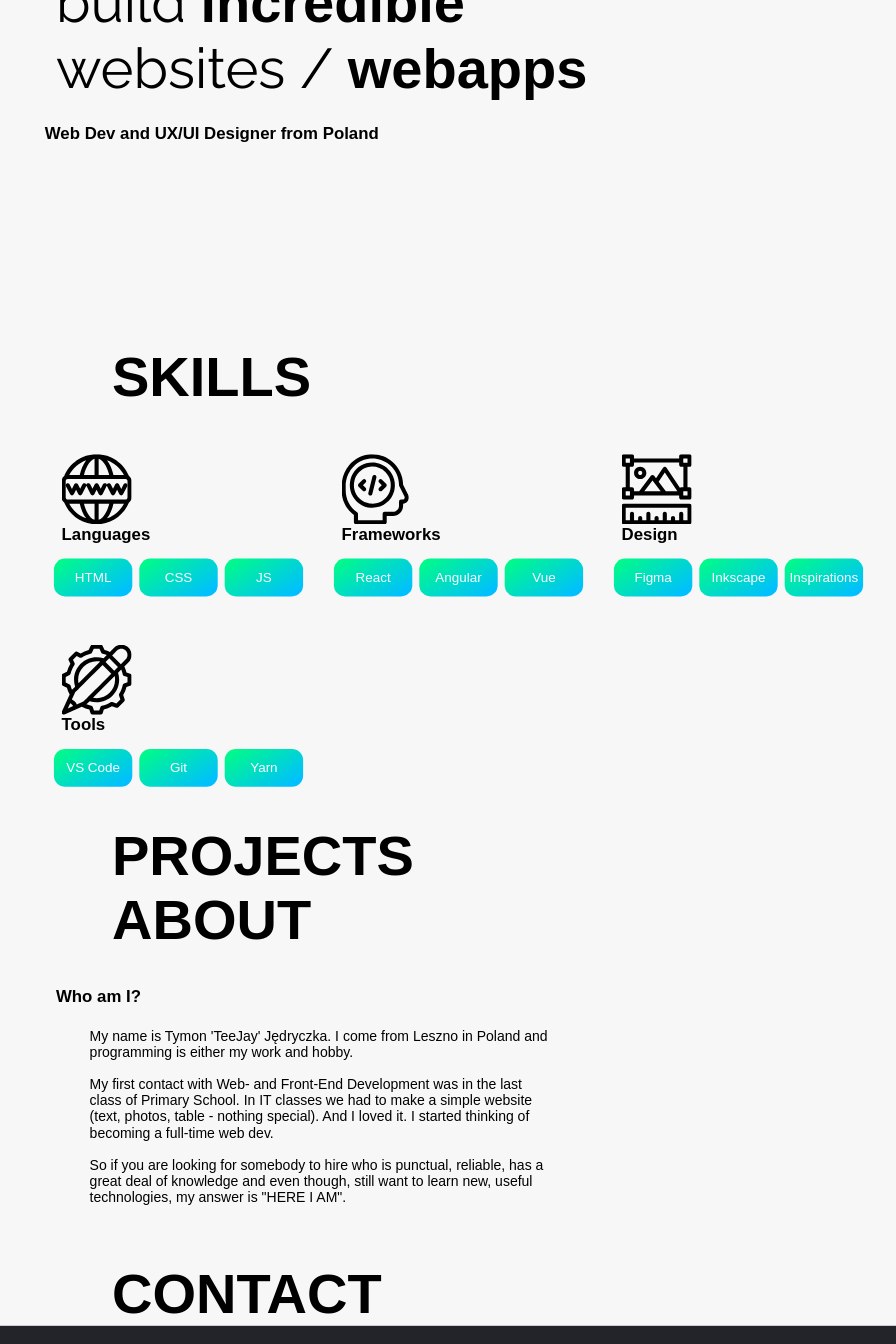
Repository: TeeJaysDev/Portfolio
Page: index.html
These files come from the project's save history. The page is drawn as it stood at one moment and after a run of saves; the edit follows.
The browser window is 1280 px wide. The pictures show the part of the page from y = 570 to 2490 px (the page is 2676 px tall), at 70% of full size.

Above is the page before, as saved 2021-04-24 20:52:36.

### index.html
<!DOCTYPE html>
<html lang="en">
<head>
    <meta charset="UTF-8">
    <meta http-equiv="X-UA-Compatible" content="IE=edge">
    <meta name="viewport" content="width=device-width, initial-scale=1.0">
    <script type="text/javascript" src="script.js"></script>
    <link rel="stylesheet" href="style.css">
    <link href="https://fonts.googleapis.com/css2?family=Raleway&display=swap" rel="stylesheet">
    <link href="https://fonts.googleapis.com/css2?family=Quicksand:wght@700&display=swap" rel="stylesheet">
    <title>Tymon Jędryczka | Portfolio</title>
</head>
<body>
    <nav>
        <a href="#skills"><h3>skills</h3></a>
        <a href="#projects"><h3>projects</h3></a>
        <a href="#about"><h3>about</h3></a>
        <a href="#contact"><h3>contact</h3></a>
    </nav>
    <header>
        <h2 class="welcome_part_h1">h1</h2>
        <h1 class="welcome_part">
            Hi, I'm <strong>Tymon</strong><br>
            I design <strong>and</strong><br>
            build <strong>incredible</strong><br>
            websites / <strong>webapps</strong>
        </h1>
        <h2 class="welcome_part_h2">
            Web Dev and UX/UI Designer from Poland
        </h2>
    </header>
    <main>
        <h1>
            SKILLS
        </h1>
        <section id="skills">
                <div class="languages">
                    <div class="box">
                        <div class="imageh2">
                            <img src="Images/svg/languages.svg">
                            <h2>Languages</h2>
                        </div>
                        <div class="text">
                            <li>HTML</li>
                            <li>CSS</li>
                            <li>JS</li>
                        </div>
                    </div>
                </div>
                <div class="frameworks">
                    <div class="box">
                        <div class="imageh2">
                            <img src="Images/svg/frameworks.svg">
                            <h2>Frameworks</h2>
                        </div>
                        <div class="text">
                            <li>React</li>
                            <li>Angular</li>
                            <li>Vue</li>
                        </div>
                    </div>
                </div>
                <div class="design">
                    <div class="box">
                        <div class="imageh2">
                            <img src="Images/svg/design.svg">
                            <h2>Design</h2>
                        </div>
                        <div class="text">
                            <li>Figma</li>
                            <li>Inkscape</li>
                            <li>Inspirations</li>
                        </div>
                    </div>
                </div>
                <div class="tools">
                    <div class="box">
                        <div class="imageh2">
                            <img src="Images/svg/tools.svg">
                            <h2>Tools</h2>
                        </div>
                        <div class="text">
                            <li>VS Code</li>
                            <li>Git</li>
                            <li>Yarn</li>
                        </div>
                    </div>
                </div>
        </section>
        <section id="projects">
            <h1>
                PROJECTS
            </h1>
        </section>
        <section id="about">
            <h1>
                ABOUT
            </h1>
            <h2>
                Who am I?
            </h2>
            <p>
                My name is Tymon 'TeeJay' Jędryczka. I come from Leszno in Poland and programming is either my work and hobby.
                <br><br>
                My first contact with Web- and Front-End Development was in the last class of Primary School. In IT classes we had to make a simple website (text, photos, table - nothing special). And I loved it. I started thinking of becoming a full-time web dev.
                <!-- <br><br> I am also a self-taught dev and with CodeCademy and YouTube I get knowledge of HTML5, CSS3, JS, and its frameworks (React, Angular, Vue). I call myself a 2-in-1 developer 'cause I design things (usually in Figma) and then make them real by writing some code. -->
                <br><br>
                So if you are looking for somebody to hire who is punctual, reliable, has a great deal of knowledge and even though, still want to learn new, useful technologies, my answer is "HERE I AM".
            </p>
        </section>
        <section id="contact">
            <h1>
                CONTACT
            </h1>
        </section>
    </main>
    <footer>
        <h4>2021 &copy; Tymon 'TeeJay' Jędryczka</h4>
        <li><a href="https://facebook.com/tymonjedr/" target="_blank"><img src="Images/svg/facebook.svg" alt="Facebook LOGO"></a></li>
        <li><a href="https://linkedin.com/in/tymon-jedryczka/" target="_blank"><img src="Images/svg/linkedin.svg" alt="LinkedIn LOGO"></a></li>
        <li><a href="https://github.com/TeeJaysDev" target="_blank"><img src="Images/svg/github.svg" alt="GitHub LOGO"></a></li>
        <li><a href="https://stackoverflow.com/users/15029595/teejaysdev" target="_blank"><img src="Images/svg/stack.svg" alt="Stack LOGO"></a></li>
        <li><a href="https://codecademy.com/profiles/TeeJaysDev" target=”_blank”><img src="Images/svg/codecademy.svg" alt="CodeCademy LOGO"></a></li>
    </footer>
</body>
</html>

### style.css
* {
    margin: 0;
    padding: 0;
    font-family: sans-serif;
    text-decoration: none;
}

body {
    background-color: #F7F7F7;
}

nav {
    display: flex;
    justify-content: flex-end;
    margin-right: 0rem;
    margin-top: 0rem;
}

nav a {
    color: #000000;
    padding: 0.938rem;
    margin-top: 2rem;
    margin-right: 3.125rem;
    font-size: 1.563rem;
}

.welcome_part_h1 {
    font-family: monospace;
    font-size: 3.75rem;
    margin-top: 9rem;
    margin-left: 2.5rem;
    margin-bottom: 0rem;
}

.welcome_part {
    margin-top: 2rem;
    margin-left: 5rem;
    margin-bottom: 2rem;
    font-family: Raleway;
    font-weight: lighter;
    font-size: 5rem;
    min-width: 18ch;
}

.welcome_part_h2 {
    margin-bottom: 18rem;
    margin-left: 4rem;
}

#skills {
    display: grid;
    align-items: flex-end;
    grid-template-columns: repeat(auto-fit, 400px);
    margin-left: 4.5rem;
}

h1 {
    font-size: 5rem;
    margin-left: 10rem;
}

.imageh2 {
    display: flex;
    flex-wrap: wrap;
    align-items: flex-start;
    margin: 4rem 20rem 1rem 1rem;
}

.text {
    display: flex;
    flex-wrap: wrap;
}

.text li {
    list-style: none;
    margin: 1rem;
    color: #fff;
    font-size: 1.2rem;
    text-align: center;
    align-items: center;
    border-radius: 1rem;
    margin: 0.3125rem 0.3125rem;
    width: 7rem;
    background-image: linear-gradient(147deg,#00ff80,#00BFFF 90%);
    padding-top: 1rem;
    padding-bottom: 1rem;
}

#about p {
    font-size: 1.25rem;
    max-width: 60ch;
    margin-left: 8rem;
    margin-bottom: 5rem;
    margin-top: 2rem;
}

#about h2 {
    margin-left: 5rem;
    margin-top: 3rem;
}

#projects h1 {
    width: 15%;
    margin-top: 3rem;
}

#about h1 {
    width: 15%;
}

#contact h1 {
    width: 17%;
}

footer, footer h4 {
    color: #C5C4C6;
    background-color: #232429;
    font-family: Arial, Helvetica, sans-serif;
    font-size: 0.938rem;
    font-weight: lighter;
    text-align: center;
    z-index: -1;
    padding-top: 1.875rem;
    padding-bottom: 3.125rem;
}

footer li{
    margin: 0 1.25;
    display: inline;
}

body .error {
    text-align: center;
}

.error p {
    font-family: Quicksand;
    font-weight: 700;
    color: #000000;
    font-size: 20rem;
    margin-top: 5rem;
}

.error button a {
    text-decoration: none;
    text-align: center;
    color: #000000;
    font-size: 2rem;
    padding: 3rem;
}

.error .mainError {
    display: flex;
    text-align: center;
    margin-left: 40rem;
    margin-right: auto;
}

.error img {
    width: 250px;
}

.error button {
    margin-top: 10rem;
}
/* Smartphone (portrait) --- */

@media only screen
and (min-width: 320px)
and (max-width: 767px) {

    nav {
        display: flex;
        justify-content: flex-end;
        margin-right: 1rem;
        margin-top: 0rem;
    }

    nav a {
        padding: 0.938rem;
        margin-top: 2rem;
        margin-right: -1rem;
        font-size: 1rem;
    }

     main .welcome_part_h1 {
        font-family: monospace;
        font-size: 2.5rem;
        margin-top: 9rem;
        margin-left: 1rem;
    }

    main .welcome_part {
        margin-top: 1rem;
        margin-left: 2rem;
        margin-bottom: 2rem;
        font-size: 1.63rem;
        min-width: 18ch;
    }

    main .welcome_part_h2 {
        margin-bottom: 10rem;
        margin-left: 2rem;
        font-size: 1rem;
    }

    section h1 {
        font-size: 3rem;
        margin-bottom: 1.563rem;
    }

    #about p {
        font-size: 1.25rem;
        max-width: 22ch;
        margin-left: 2rem;
        margin-bottom: 5rem;
    }

    #about h2 {
        margin-left: 2rem;
        margin-top: 5rem;
    }

    footer, footer h4 {
        padding-top: 1.875rem;
        padding-bottom: 3.125rem;
        width: 100%;
    }

    footer li{
        margin: 0 1.25;
        display: inline;
    }
}



@media only screen
and (min-width: 768px)
and (max-width: 1024px)
and (orientation: portrait) {

    * {
        margin: 0;
        padding: 0;
        font-family: sans-serif;
        text-decoration: none;
    }

    body {
        background-color: #F7F7F7;
    }

    nav {
        display: flex;
        justify-content: flex-end;
        margin-right: 0rem;
        margin-top: 0rem;
    }

    nav a {
        color: #000000;
        padding: 0.938rem;
        margin-top: 2rem;
        margin-right: 3.125rem;
        font-size: 1.563rem;
    }

     main .welcome_part_h1 {
        font-family: monospace;
        font-size: 3.75rem;
        margin-top: 13rem;
        margin-left: 2.5rem;
        margin-bottom: 0rem;
    }

    main .welcome_part {
        margin-top: 2rem;
        margin-left: 5rem;
        margin-bottom: 2rem;
        font-family: Raleway;
        font-weight: lighter;
        font-size: 3.9rem;
        min-width: 18ch;
    }

    main .welcome_part_h2 {
        margin-bottom: 20rem;
        margin-left: 4rem;
    }

    #about p {
        font-size: 1.25rem;
        max-width: 45ch;
        margin-left: 8rem;
        margin-bottom: 5rem;
    }

    #about h2 {
        margin-left: 5rem;
        margin-top: 5rem;
    }

    #projects h1 {
        width: 15%;
        margin-top: 3rem;
    }

    #about h1 {
        width: 15%;
    }

    #contact h1 {
        width: 17%;
    }

    footer, footer h4 {
        color: #C5C4C6;
        background-color: #232429;
        font-family: Arial, Helvetica, sans-serif;
        font-size: 0.938rem;
        font-weight: lighter;
        text-align: center;
        z-index: -1;
        width: 100%;
        padding-top: 1.875rem;
        padding-bottom: 3.125rem;
    }

    body .error {
        text-align: center;
    }

    .error p {
        font-family: Quicksand;
        font-weight: 700;
        color: #000000;
        font-size: 20rem;
        margin-top: 5rem;
    }

    .error button a {
        text-decoration: none;
        text-align: center;
        color: #000000;
        font-size: 2rem;
        padding: 3rem;
    }

    .error .mainError {
        display: flex;
        text-align: center;
        margin-left: 40rem;
        margin-right: auto;
    }

    .error img {
        width: 250px;
    }

    .error button {
        margin-top: 10rem;
    }
}

@media only screen
and (min-width: 953)
and (max-width: 1230) {
     p {
        margin-left: 1rem;
    }
}

@media only screen
and (min-width: 550px)
and (max-width: 700px) {
    main .welcome_part_h1 {
        font-family: monospace;
        font-size: 3.75rem;
        margin-top: 13rem;
        margin-left: 2.5rem;
        margin-bottom: 0rem;
    }

    main .welcome_part {
        margin-top: 2rem;
        margin-left: 5rem;
        margin-bottom: 2rem;
        font-size: 2.6rem;
    }

    main .welcome_part_h2 {
        margin-bottom: 20rem;
        margin-left: 4rem;
    }
}

@media only screen
and (min-width: 1920px) {
    main .welcome_part_h1 {
        font-family: monospace;
        font-size: 3.75rem;
        margin-top: 13rem;
        margin-left: 2.5rem;
        margin-bottom: 0rem;
    }

    main .welcome_part {
        margin-top: 2rem;
        margin-left: 5rem;
        margin-bottom: 2rem;
        font-size: 5rem;
    }

    main .welcome_part_h2 {
        margin-bottom: 20rem;
        margin-left: 4rem;
        font-size: 2.5rem;
    }
}

@media only screen
and (max-width: 950) {

}

Loaded but not shown: script.js (no stored copy; drawn as an empty file)

After the next 4 saves:
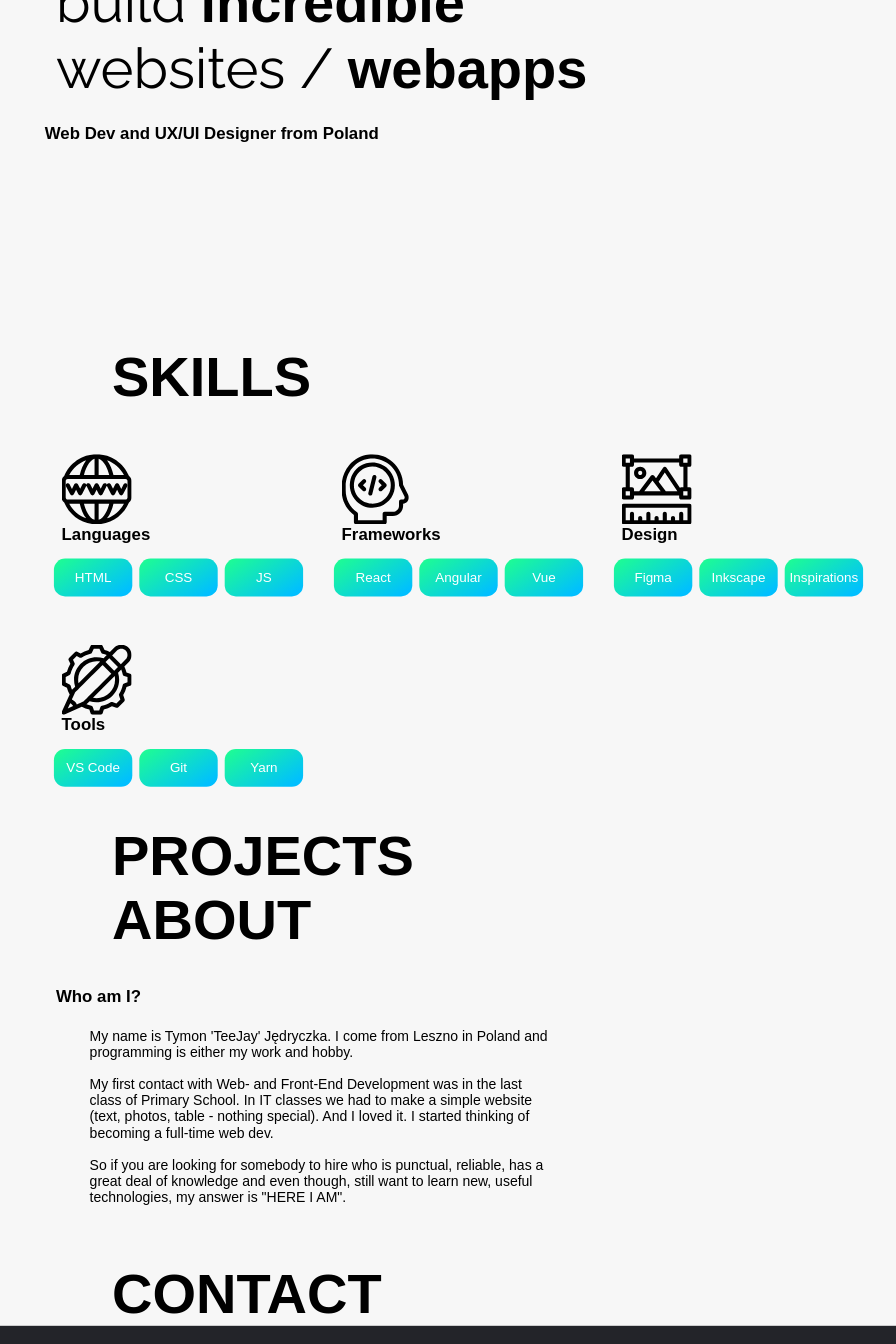
The 4 saves are shown as one change because they came seconds apart.
The last was saved 14 s later.
--- a/style.css
+++ b/style.css
@@ -81,7 +81,7 @@ h1 {
     border-radius: 1rem;
     margin: 0.3125rem 0.3125rem;
     width: 7rem;
-    background-image: linear-gradient(147deg,#00ff80,#00BFFF 90%);
+    background-image: linear-gradient(147deg,#1fff8f,#00BFFF 90%);
     padding-top: 1rem;
     padding-bottom: 1rem;
 }
